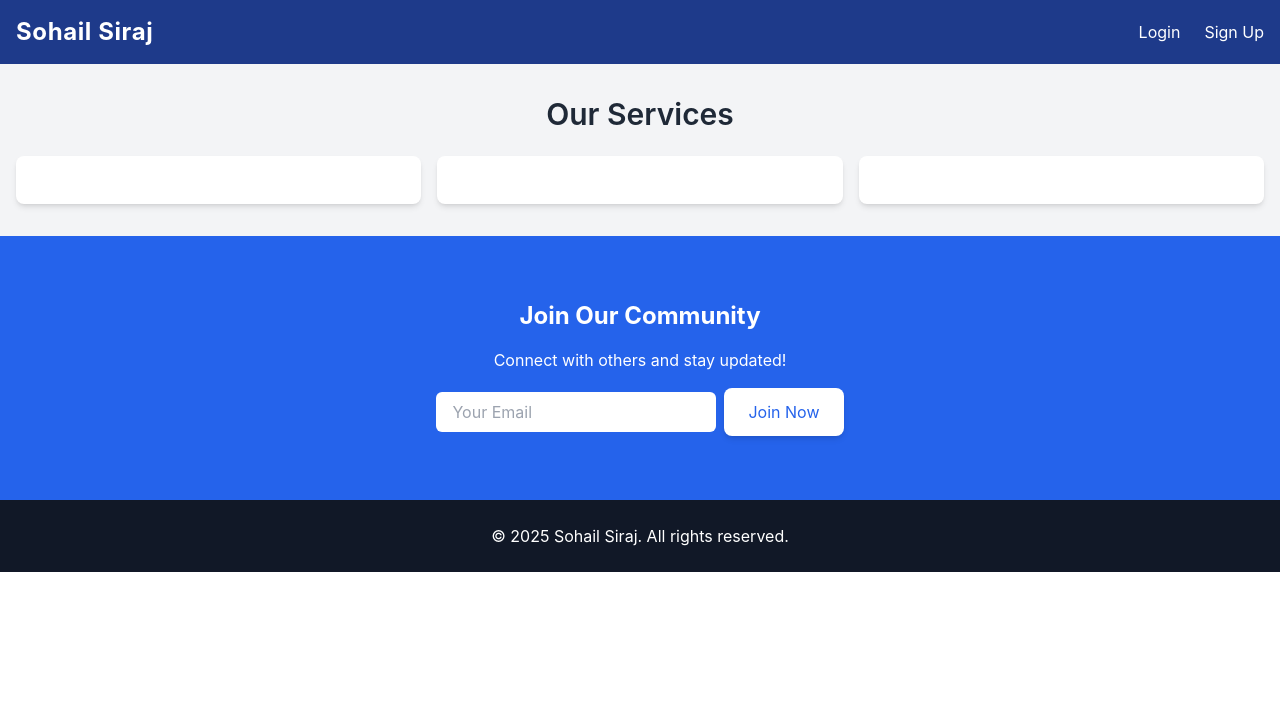
Repository: asadhaye/ss-tax
Page: /
The author's editor kept a copy of each file at every save. The page is drawn from the files as they stood at one save, then again after the next save.
The browser window is 1280 px wide. The pictures show the whole page.
The project was rebuilt for these pictures with package versions that can differ from the ones it lists, and the page was loaded fresh each time. The framework's server and built-in components were replaced by stand-ins that run in the browser. Also part of the build but not shown: next.config.mjs.

Above is the page before, as saved 2025-05-25 18:07:01.

After the next save:
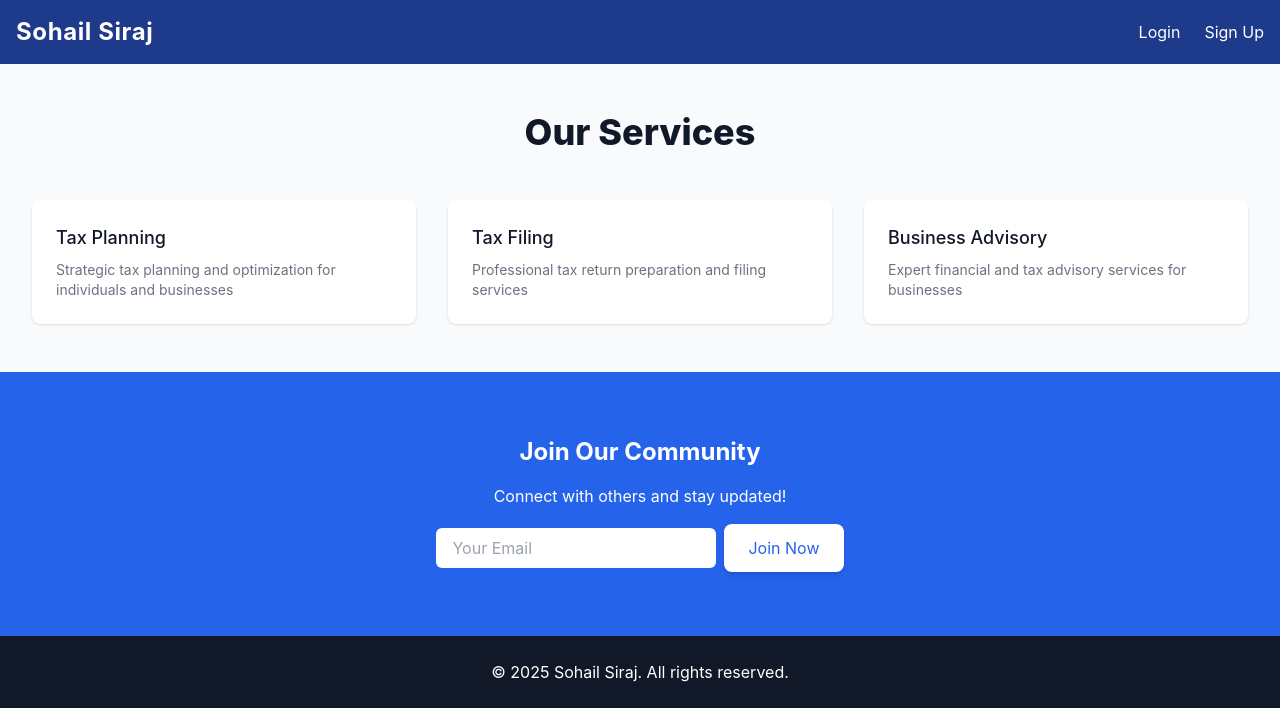
Saved 81 s later.
--- a/app/components/Services.tsx
+++ b/app/components/Services.tsx
@@ -1,46 +1,56 @@
 'use client';
 
-import React, { useState, useEffect } from 'react';
-import { getServices } from '../lib/data';
-import { Service } from '../lib/interfaces';
+import { useState, useEffect } from 'react';
+import { getServices, Service } from '../lib/data';
 
 export default function Services() {
   const [services, setServices] = useState<Service[]>([]);
   const [loading, setLoading] = useState(true);
+  const [error, setError] = useState<string | null>(null);
 
   useEffect(() => {
-    const fetchServices = async () => {
+    async function fetchServices() {
       try {
-        const serviceList = await getServices();
-        setServices(serviceList);
+        const data = await getServices();
+        setServices(data);
+        setLoading(false);
       } catch (err) {
-        console.error('Failed to fetch services:', err);
-      } finally {
+        setError('Failed to load services');
         setLoading(false);
       }
-    };
+    }
+
     fetchServices();
   }, []);
 
+  if (loading) return <div>Loading services...</div>;
+  if (error) return <div>Error: {error}</div>;
+
   return (
-    <section className="services py-8 bg-gray-100">
-      <div className="container mx-auto px-4">
-        <h2 className="text-3xl font-semibold text-gray-800 mb-6 text-center">Our Services</h2>
-        {loading ? (
-          <p className="text-center">Loading...</p>
-        ) : (
-          <div className="grid grid-cols-1 md:grid-cols-3 gap-4">
-            {services.length ? (
-              services.map(service => (
-                <div key={service.id} className="p-6 bg-white rounded-lg shadow-md">
-                  {service.name}
-                </div>
-              ))
-            ) : (
-              <p className="text-center col-span-3">No services available</p>
-            )}
-          </div>
-        )}
+    <section className="py-12 bg-gray-50">
+      <div className="max-w-7xl mx-auto px-4 sm:px-6 lg:px-8">
+        <div className="text-center">
+          <h2 className="text-3xl font-extrabold text-gray-900 sm:text-4xl">
+            Our Services
+          </h2>
+        </div>
+        <div className="mt-12 grid gap-8 sm:grid-cols-2 lg:grid-cols-3">
+          {services.map((service) => (
+            <div
+              key={service.id}
+              className="bg-white overflow-hidden shadow rounded-lg"
+            >
+              <div className="px-4 py-5 sm:p-6">
+                <h3 className="text-lg font-medium text-gray-900">
+                  {service.title}
+                </h3>
+                <p className="mt-2 text-sm text-gray-500">
+                  {service.description}
+                </p>
+              </div>
+            </div>
+          ))}
+        </div>
       </div>
     </section>
   );
